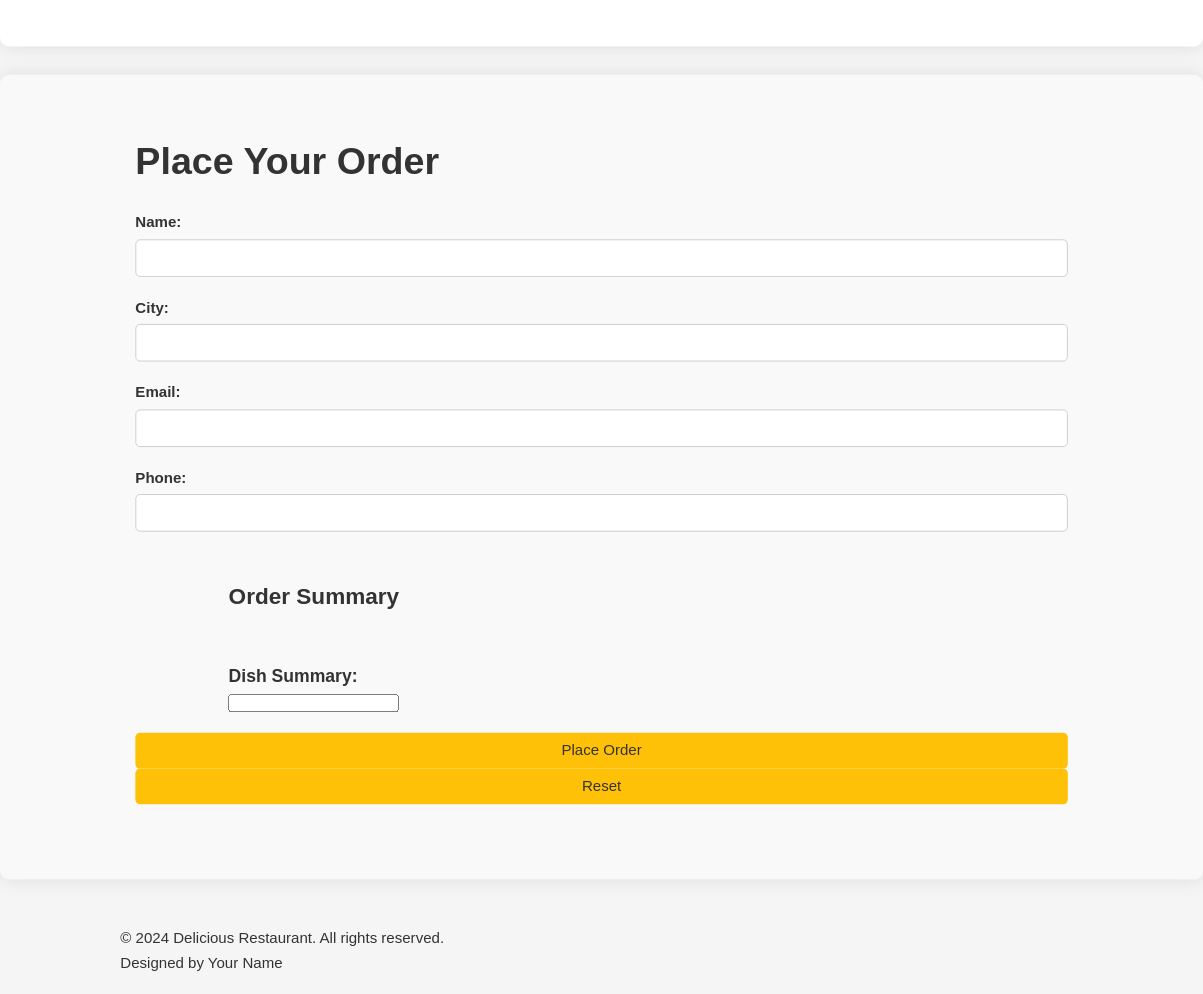
Repository: Mayanksaini1224/eclipse-workspace
Page: Restaurant/src/main/webapp/Menu.html
An editor plug-in stored every save of this project. The page is shown before and after the next save, followed by the edit.
The browser window is 1280 px wide. The pictures show the part of the page from y = 2873 to 3930 px (the page is 3930 px tall before and 3757 px after), at 94% of full size.
A picture or video elsewhere on the page could not be fetched, so the positions and the page height are approximate.

Above is the page before, as saved 2024-06-28 17:17:51.

### Restaurant/src/main/webapp/Menu.html
<!DOCTYPE html>
<html lang="en">
<head>
    <meta charset="UTF-8">
    <meta name="viewport" content="width=device-width, initial-scale=1.0">
    <title>Menu - Delicious Restaurant</title>
    <style>
        /* Reset and base styles */
        * {
            margin: 0;
            padding: 0;
            box-sizing: border-box;
        }

        body {
            font-family: Arial, sans-serif;
            line-height: 1.6;
            background-color: #f5f5f5;
            margin: 0;
            padding: 0;
            color: #333; /* Default text color */
        }

        .container {
            width: 80%;
            margin: 0 auto;
            padding: 20px 0;
        }

        header {
            background-color: #333;
            color: #fff;
            padding: 10px 0;
        }

        header .logo img {
            width: 150px;
            height: auto;
            display: block;
            margin: 0 auto;
        }

        header nav ul {
            list-style-type: none;
            text-align: center;
            margin-top: 10px;
        }

        header nav ul li {
            display: inline-block;
            margin: 0 10px;
        }

        header nav ul li a {
            text-decoration: none;
            color: #fff;
            font-size: 18px;
            transition: color 0.3s ease;
        }

        header nav ul li a:hover {
            color: #ffc107;
        }

        .menu-section {
            background-color: #fff;
            padding: 50px 0;
            text-align: center;
            margin-bottom: 30px;
            box-shadow: 0 0 20px rgba(0, 0, 0, 0.1);
            border-radius: 10px;
        }

        .menu-section h2 {
            font-size: 2.5em;
            margin-bottom: 30px;
            text-transform: uppercase;
            letter-spacing: 1px;
            color: #333;
        }

        .menu-items {
            display: flex;
            justify-content: space-around;
            flex-wrap: wrap;
        }

        .menu-item {
            text-align: center;
            width: 30%;
            margin-bottom: 30px;
            padding: 0 10px;
            border: 1px solid #ddd;
            border-radius: 10px;
            box-shadow: 0 2px 4px rgba(0,0,0,0.1);
            transition: transform 0.3s ease, box-shadow 0.3s ease;
        }

        .menu-item img {
            width: 100%;
            border-top-left-radius: 10px;
            border-top-right-radius: 10px;
        }

        .menu-item-content {
            padding: 15px;
        }

        .menu-item h3 {
            font-size: 1.8em;
            margin-bottom: 10px;
            color: #333;
        }

        .menu-item p {
            font-size: 1.1em;
            color: #666;
        }

        .menu-item:hover {
            transform: translateY(-5px);
            box-shadow: 0 4px 8px rgba(0,0,0,0.2);
        }

        .order-form {
            background-color: #f9f9f9;
            padding: 40px 20px;
            border-radius: 10px;
            box-shadow: 0 0 20px rgba(0, 0, 0, 0.1);
            margin-bottom: 30px;
        }

        .order-form h2 {
            font-size: 2.5em;
            margin-bottom: 20px;
            color: #333;
        }

        .form-group {
            margin-bottom: 20px;
        }

        .form-group label {
            display: block;
            font-weight: bold;
            margin-bottom: 5px;
        }

        .form-group input,
        .form-group select {
            width: 100%;
            padding: 10px;
            font-size: 1em;
            border: 1px solid #ccc;
            border-radius: 5px;
            transition: border-color 0.3s ease;
        }

        .form-group input[type="number"] {
            appearance: none;
            -moz-appearance: textfield;
            text-align: center;
            padding: 8px;
            border: 1px solid #ccc;
            border-radius: 5px;
            width: 60px;
            font-size: 1em;
            transition: border-color 0.3s ease;
        }

        .form-group input[type="number"]::-webkit-outer-spin-button,
        .form-group input[type="number"]::-webkit-inner-spin-button {
            -webkit-appearance: none;
            margin: 0;
        }

        .form-group input:focus,
        .form-group select:focus {
            outline: none;
            border-color: #ffc107;
        }

        .form-group input[type="submit"],
        .form-group input[type="reset"] {
            background-color: #ffc107;
            color: #333;
            border: none;
            cursor: pointer;
            transition: background-color 0.3s ease;
            padding: 10px 20px;
            border-radius: 5px;
            margin-right: 10px;
        }

        .form-group input[type="submit"]:hover,
        .form-group input[type="reset"]:hover {
            background-color: #ffdb70;
        }

        .order-summary {
            margin-top: 30px;
            text-align: left;
        }

        .order-summary h3 {
            font-size: 1.5em;
            margin-bottom: 10px;
            color: #333;
        }

        .order-summary ul {
            list-style-type: none;
            padding: 0;
        }

        .order-summary li {
            font-size: 1.1em;
            margin-bottom: 5px;
        }

        @media (max-width: 768px) {
            .container {
                width: 90%;
            }

            .menu-item {
                width: 100%;
            }
        }
    </style>
    <link rel="stylesheet" href="https://cdnjs.cloudflare.com/ajax/libs/font-awesome/5.15.4/css/all.min.css"> <!-- Font Awesome for icons -->
</head>
<body>
    <header>
        <div class="container">
            <div class="logo">
                <img src="logo.png" alt="Delicious Restaurant">
            </div>
            <nav>
                <ul>
                    <li><a href="index.html">Home</a></li>
                    <li><a href="menu.html">Menu</a></li>
                    <li><a href="about.html">About Us</a></li>
                    <li><a href="contact.html">Contact</a></li>
                </ul>
            </nav>
        </div>
    </header>

    <section class="menu-section" id="chinese">
        <div class="container">
            <h2>Chinese Cuisine</h2>
            <div class="menu-items">
                <div class="menu-item" data-dish="Chinese Dish 1">
                    <img src="chinese-dish1.jpg" alt="Chinese Dish 1">
                    <div class="menu-item-content">
                        <h3>Chinese Dish 1</h3>
                        <p>Description of the Chinese dish. Lorem ipsum dolor sit amet.</p>
                        <div class="quantity">
                            <button class="quantity-btn minus" onclick="decrementQuantity('quantity_chinese1')">-</button>
                            <input type="number" id="quantity_chinese1" name="quantity_chinese1" min="0" value="0">
                            <button class="quantity-btn plus" onclick="incrementQuantity('quantity_chinese1')">+</button>
                        </div>
                    </div>
                </div>
                <div class="menu-item" data-dish="Chinese Dish 2">
                    <img src="chinese-dish2.jpg" alt="Chinese Dish 2">
                    <div class="menu-item-content">
                        <h3>Chinese Dish 2</h3>
                        <p>Description of the Chinese dish. Lorem ipsum dolor sit amet.</p>
                        <div class="quantity">
                            <button class="quantity-btn minus" onclick="decrementQuantity('quantity_chinese2')">-</button>
                            <input type="number" id="quantity_chinese2" name="quantity_chinese2" min="0" value="0">
                            <button class="quantity-btn plus" onclick="incrementQuantity('quantity_chinese2')">+</button>
                        </div>
                    </div>
                </div>
                <!-- Add more Chinese dishes as needed -->
            </div>
        </div>
    </section>

    <section class="menu-section" id="italian">
        <div class="container">
            <h2>Italian Cuisine</h2>
            <div class="menu-items">
                <div class="menu-item" data-dish="Italian Dish 1">
                    <img src="italian-dish1.jpg" alt="Italian Dish 1">
                    <div class="menu-item-content">
                        <h3>Italian Dish 1</h3>
                        <p>Description of the Italian dish. Lorem ipsum dolor sit amet.</p>
                        <div class="quantity">
                            <button class="quantity-btn minus" onclick="decrementQuantity('quantity_italian1')">-</button>
                            <input type="number" id="quantity_italian1" name="quantity_italian1" min="0" value="0">
                            <button class="quantity-btn plus" onclick="incrementQuantity('quantity_italian1')">+</button>
                        </div>
                    </div>
                </div>
                <div class="menu-item" data-dish="Italian Dish 2">
                    <img src="italian-dish2.jpg" alt="Italian Dish 2">
                    <div class="menu-item-content">
                        <h3>Italian Dish 2</h3>
                        <p>Description of the Italian dish. Lorem ipsum dolor sit amet.</p>
                        <div class="quantity">
                            <button class="quantity-btn minus" onclick="decrementQuantity('quantity_italian2')">-</button>
                            <input type="number" id="quantity_italian2" name="quantity_italian2" min="0" value="0">
                            <button class="quantity-btn plus" onclick="incrementQuantity('quantity_italian2')">+</button>
                        </div>
                    </div>
                </div>
                <!-- Add more Italian dishes as needed -->
            </div>
        </div>
    </section>

    <section class="menu-section" id="beverages">
        <div class="container">
            <h2>Beverages</h2>
            <div class="menu-items">
                <div class="menu-item" data-dish="Beverage 1">
                    <img src="beverage1.jpg" alt="Beverage 1">
                    <div class="menu-item-content">
                        <h3>Beverage 1</h3>
                        <p>Description of the beverage. Lorem ipsum dolor sit amet.</p>
                        <div class="quantity">
                            <button class="quantity-btn minus" onclick="decrementQuantity('quantity_beverage1')">-</button>
                            <input type="number" id="quantity_beverage1" name="quantity_beverage1" min="0" value="0">
                            <button class="quantity-btn plus" onclick="incrementQuantity('quantity_beverage1')">+</button>
                        </div>
                    </div>
                </div>
                <div class="menu-item" data-dish="Beverage 2">
                    <img src="beverage2.jpg" alt="Beverage 2">
                    <div class="menu-item-content">
                        <h3>Beverage 2</h3>
                        <p>Description of the beverage. Lorem ipsum dolor sit amet.</p>
                        <div class="quantity">
                            <button class="quantity-btn minus" onclick="decrementQuantity('quantity_beverage2')">-</button>
                            <input type="number" id="quantity_beverage2" name="quantity_beverage2" min="0" value="0">
                            <button class="quantity-btn plus" onclick="incrementQuantity('quantity_beverage2')">+</button>
                        </div>
                    </div>
                </div>
                <!-- Add more beverages as needed -->
            </div>
        </div>
    </section>

    <section class="menu-section" id="bakery">
        <div class="container">
            <h2>Bakery</h2>
            <div class="menu-items">
                <div class="menu-item" data-dish="Bakery Item 1">
                    <img src="bakery-item1.jpg" alt="Bakery Item 1">
                    <div class="menu-item-content">
                        <h3>Bakery Item 1</h3>
                        <p>Description of the bakery item. Lorem ipsum dolor sit amet.</p>
                        <div class="quantity">
                            <button class="quantity-btn minus" onclick="decrementQuantity('quantity_bakery1')">-</button>
                            <input type="number" id="quantity_bakery1" name="quantity_bakery1" min="0" value="0">
                            <button class="quantity-btn plus" onclick="incrementQuantity('quantity_bakery1')">+</button>
                        </div>
                    </div>
                </div>
                <div class="menu-item" data-dish="Bakery Item 2">
                    <img src="bakery-item2.jpg" alt="Bakery Item 2">
                    <div class="menu-item-content">
                        <h3>Bakery Item 2</h3>
                        <p>Description of the bakery item. Lorem ipsum dolor sit amet.</p>
                        <div class="quantity">
                            <button class="quantity-btn minus" onclick="decrementQuantity('quantity_bakery2')">-</button>
                            <input type="number" id="quantity_bakery2" name="quantity_bakery2" min="0" value="0">
                            <button class="quantity-btn plus" onclick="incrementQuantity('quantity_bakery2')">+</button>
                        </div>
                    </div>
                </div>
                <!-- Add more bakery items as needed -->
            </div>
        </div>
    </section>

    <section class="order-form">
        <div class="container">
            <h2>Place Your Order</h2>
            <form id="orderForm">
                <div class="form-group">
                    <label for="name">Name:</label>
                    <input type="text" id="name" name="name" required>
                </div>
                <div class="form-group">
                    <label for="city">City:</label>
                    <input type="text" id="city" name="city" required>
                </div>
                <div class="form-group">
                    <label for="email">Email:</label>
                    <input type="email" id="email" name="email">
                </div>
                <div class="form-group">
                    <label for="phone">Phone:</label>
                    <input type="tel" id="phone" name="phone">
                </div>
                 <section class="order-summary">
        <div class="container">
            <h3>Order Summary</h3>
            <ul id="orderSummary">
                <!-- Order summary items will be dynamically added here -->
            </ul>
        </div>
    </section>

    <section class="dish-summary">
        <div class="container">
        	<label for="dish-summary"><h3>Dish Summary:</h3></label>
            <input type="text" id="dish-summary" name="orderSummary" readonly>
            <div id="dishSummary"></div>
        </div>
    </section>

                <div class="form-group">
                    <input type="submit" value="Place Order">
                    <input type="reset" value="Reset">
                </div>
            </form>
        </div>
    </section>



    <footer>
        <div class="container">
            <p>&copy; 2024 Delicious Restaurant. All rights reserved.</p>
            <p>Designed by Your Name</p>
        </div>
    </footer>

    <script>
        document.addEventListener('DOMContentLoaded', function() {
            const form = document.getElementById('orderForm');
            const orderSummary = document.getElementById('orderSummary');
            const dishSummary = document.getElementById('dishSummary');

            form.addEventListener('submit', function(event) {
                event.preventDefault(); // Prevent form submission for demo purposes

                // Clear previous order summary and dish summary
                orderSummary.innerHTML = '';
                dishSummary.innerHTML = '';

                // Get customer details
                const name = document.getElementById('name').value;
                const city = document.getElementById('city').value;
                const email = document.getElementById('email').value;
                const phone = document.getElementById('phone').value;

                // Display customer details
                orderSummary.innerHTML += `<li><strong>Name:</strong> ${name}</li>`;
                orderSummary.innerHTML += `<li><strong>City:</strong> ${city}</li>`;
                if (email) {
                    orderSummary.innerHTML += `<li><strong>Email:</strong> ${email}</li>`;
                }
                if (phone) {
                    orderSummary.innerHTML += `<li><strong>Phone:</strong> ${phone}</li>`;
                }

                // Initialize dish summary array
                const dishSummaryArray = [];

                // Get selected dishes and quantities
                const dishes = document.querySelectorAll('.menu-item');
                dishes.forEach(dish => {
                    const dishName = dish.getAttribute('data-dish');
                    const quantityInput = dish.querySelector('input[type="number"]');
                    const quantity = parseInt(quantityInput.value);

                    if (quantity > 0) {
                        orderSummary.innerHTML += `<li><strong>${dishName}:</strong> ${quantity}</li>`;
                        dishSummaryArray.push(`${quantity} ${dishName}`);
                    }
                });

                // Display dish summary
                dishSummary.innerHTML = dishSummaryArray.join(', ');

                // Optionally, submit the form to a server
                 form.submit(); // Uncomment to enable form submission
            });
        });

        function incrementQuantity(inputId) {
            const input = document.getElementById(inputId);
            input.value = parseInt(input.value) + 1;
        }

        function decrementQuantity(inputId) {
            const input = document.getElementById(inputId);
            const value = parseInt(input.value) - 1;
            input.value = Math.max(0, value); // Ensure quantity doesn't go below zero
        }
    </script>
</body>
</html>

After the next save:
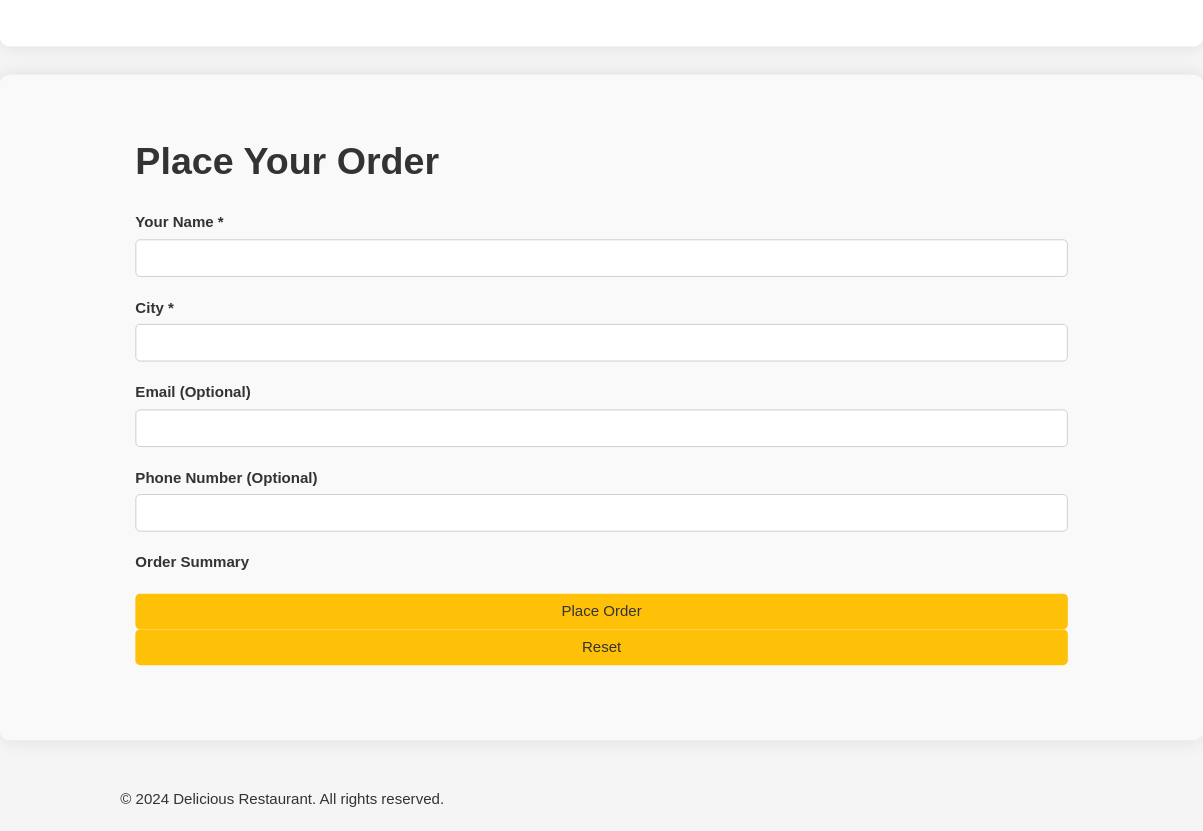
Console error: SyntaxError: Unexpected token '<'
Saved 3 min 0 s later.
--- a/Restaurant/src/main/webapp/Menu.html
+++ b/Restaurant/src/main/webapp/Menu.html
@@ -382,40 +382,27 @@
     <section class="order-form">
         <div class="container">
             <h2>Place Your Order</h2>
-            <form id="orderForm">
-                <div class="form-group">
-                    <label for="name">Name:</label>
+            <form id="orderForm" action="submitform" method="POST">
+                <div class="form-group">
+                    <label for="name">Your Name *</label>
                     <input type="text" id="name" name="name" required>
                 </div>
                 <div class="form-group">
-                    <label for="city">City:</label>
+                    <label for="city">City *</label>
                     <input type="text" id="city" name="city" required>
                 </div>
                 <div class="form-group">
-                    <label for="email">Email:</label>
+                    <label for="email">Email (Optional)</label>
                     <input type="email" id="email" name="email">
                 </div>
                 <div class="form-group">
-                    <label for="phone">Phone:</label>
+                    <label for="phone">Phone Number (Optional)</label>
                     <input type="tel" id="phone" name="phone">
                 </div>
-                 <section class="order-summary">
-        <div class="container">
-            <h3>Order Summary</h3>
-            <ul id="orderSummary">
-                <!-- Order summary items will be dynamically added here -->
-            </ul>
-        </div>
-    </section>
-
-    <section class="dish-summary">
-        <div class="container">
-        	<label for="dish-summary"><h3>Dish Summary:</h3></label>
-            <input type="text" id="dish-summary" name="orderSummary" readonly>
-            <div id="dishSummary"></div>
-        </div>
-    </section>
-
+                <div class="form-group">
+                    <label for="orderSummary">Order Summary</label>
+                    <ul id="orderSummary"></ul>
+                </div>
                 <div class="form-group">
                     <input type="submit" value="Place Order">
                     <input type="reset" value="Reset">
@@ -424,12 +411,9 @@
         </div>
     </section>
 
-
-
     <footer>
         <div class="container">
             <p>&copy; 2024 Delicious Restaurant. All rights reserved.</p>
-            <p>Designed by Your Name</p>
         </div>
     </footer>
 
@@ -437,14 +421,12 @@
         document.addEventListener('DOMContentLoaded', function() {
             const form = document.getElementById('orderForm');
             const orderSummary = document.getElementById('orderSummary');
-            const dishSummary = document.getElementById('dishSummary');
 
             form.addEventListener('submit', function(event) {
                 event.preventDefault(); // Prevent form submission for demo purposes
 
-                // Clear previous order summary and dish summary
+                // Clear previous order summary
                 orderSummary.innerHTML = '';
-                dishSummary.innerHTML = '';
 
                 // Get customer details
                 const name = document.getElementById('name').value;
@@ -453,17 +435,14 @@
                 const phone = document.getElementById('phone').value;
 
                 // Display customer details
-                orderSummary.innerHTML += `<li><strong>Name:</strong> ${name}</li>`;
-                orderSummary.innerHTML += `<li><strong>City:</strong> ${city}</li>`;
+                orderSummary.innerHTML += <li><strong>Name:</strong> ${name}</li>;
+                orderSummary.innerHTML += <li><strong>City:</strong> ${city}</li>;
                 if (email) {
-                    orderSummary.innerHTML += `<li><strong>Email:</strong> ${email}</li>`;
+                    orderSummary.innerHTML += <li><strong>Email:</strong> ${email}</li>;
                 }
                 if (phone) {
-                    orderSummary.innerHTML += `<li><strong>Phone:</strong> ${phone}</li>`;
+                    orderSummary.innerHTML += <li><strong>Phone:</strong> ${phone}</li>;
                 }
-
-                // Initialize dish summary array
-                const dishSummaryArray = [];
 
                 // Get selected dishes and quantities
                 const dishes = document.querySelectorAll('.menu-item');
@@ -473,16 +452,12 @@
                     const quantity = parseInt(quantityInput.value);
 
                     if (quantity > 0) {
-                        orderSummary.innerHTML += `<li><strong>${dishName}:</strong> ${quantity}</li>`;
-                        dishSummaryArray.push(`${quantity} ${dishName}`);
+                        orderSummary.innerHTML += <li><strong>${dishName}:</strong> ${quantity}</li>;
                     }
                 });
 
-                // Display dish summary
-                dishSummary.innerHTML = dishSummaryArray.join(', ');
-
-                // Optionally, submit the form to a server
-                 form.submit(); // Uncomment to enable form submission
+                //Optionally, submit the form to a server
+                form.submit();
             });
         });
 
